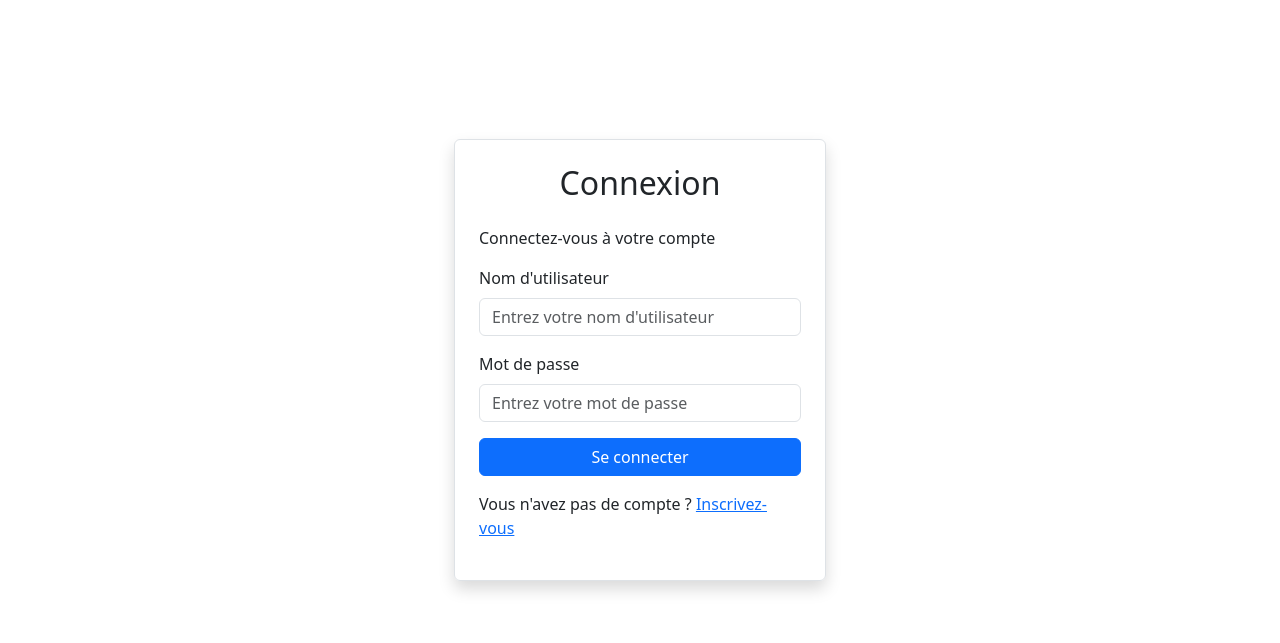
Repository: Johnlutala/Gestion_de_bibliotheque
Page: templates/security/login.html.twig
The author's editor kept a copy of each file at every save. The page is drawn from the files as they stood at one save, then again after the next save.
The browser window is 1280 px wide. The pictures show the whole page.
The page is a Twig template of a Symfony application; nobody is signed in and links lead nowhere. The template is opened directly, without the code that normally fills it, so the values that code supplies are empty.

Above is the page before, as saved 2026-02-12 13:54:18.

### templates/security/login.html.twig
{% extends 'base.html.twig' %}

{% block title %}Log in!{% endblock %}

{% block body %}

<!DOCTYPE html>
<html lang="fr">
<head>
  <meta charset="UTF-8">
  <title>Connexion</title>
  <link href="https://cdn.jsdelivr.net/npm/bootstrap@5.3.2/dist/css/bootstrap.min.css" rel="stylesheet">
</head>
<body>

<!-- Container centré verticalement et horizontalement -->
<div class="container vh-100 d-flex justify-content-center align-items-center">
  <div class="col-md-4">
    <form class="border p-4 rounded shadow w-100">
      <h2 class="text-center mb-4">Connexion</h2>
        <p class="text-justify-extends"> <strong></strong> Connectez-vous à votre compte</p>
      <!-- Champ username -->
      <div class="mb-3">
        <label for="username" class="form-label">Nom d'utilisateur</label>
        <input type="text" class="form-control" id="username" placeholder="Entrez votre nom d'utilisateur">
      </div>

      <!-- Champ mot de passe -->
      <div class="mb-3">
        <label for="password" class="form-label">Mot de passe</label>
        <input type="password" class="form-control" id="password" placeholder="Entrez votre mot de passe">
      </div>

      <!-- Bouton connexion -->
      <button type="submit" class="btn btn-primary w-100 ">Se connecter</button>
          <p class="text-justify-extends mt-3"> Vous n'avez pas de compte ? <a href=""> Inscrivez-vous</a> </p>

    </form>

  </div>
</div>

</body>
</html>
{% endblock %}

### templates/base.html.twig
<!DOCTYPE html>
<html>
	<head>
		<meta charset="UTF-8">
		<title>
			{% block title %}- Gestion de Bibliothèque
			{% endblock %}
		</title>


	</head>
	<body>
		{% block body %}
			<div class="container"></div>
		{% endblock %}
	</body>
</html>

After the next save:
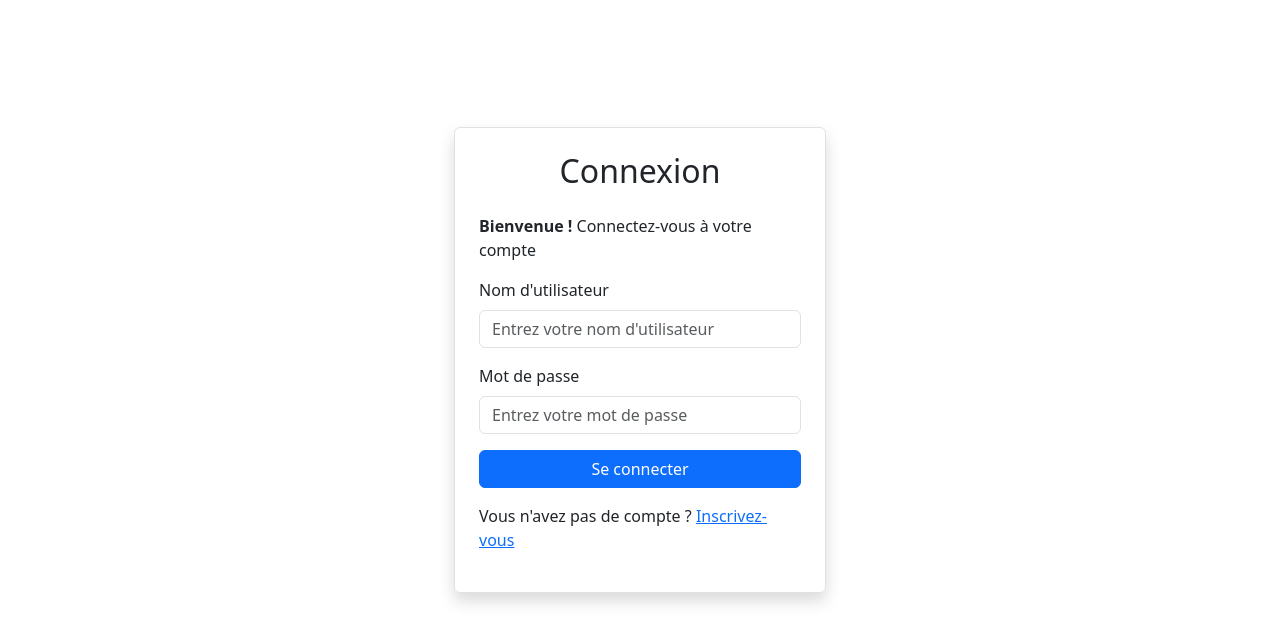
Saved 4 s later.
--- a/templates/security/login.html.twig
+++ b/templates/security/login.html.twig
@@ -18,7 +18,7 @@
   <div class="col-md-4">
     <form class="border p-4 rounded shadow w-100">
       <h2 class="text-center mb-4">Connexion</h2>
-        <p class="text-justify-extends"> <strong></strong> Connectez-vous à votre compte</p>
+        <p class="text-justify-extends"> <strong>Bienvenue !</strong> Connectez-vous à votre compte</p>
       <!-- Champ username -->
       <div class="mb-3">
         <label for="username" class="form-label">Nom d'utilisateur</label>
